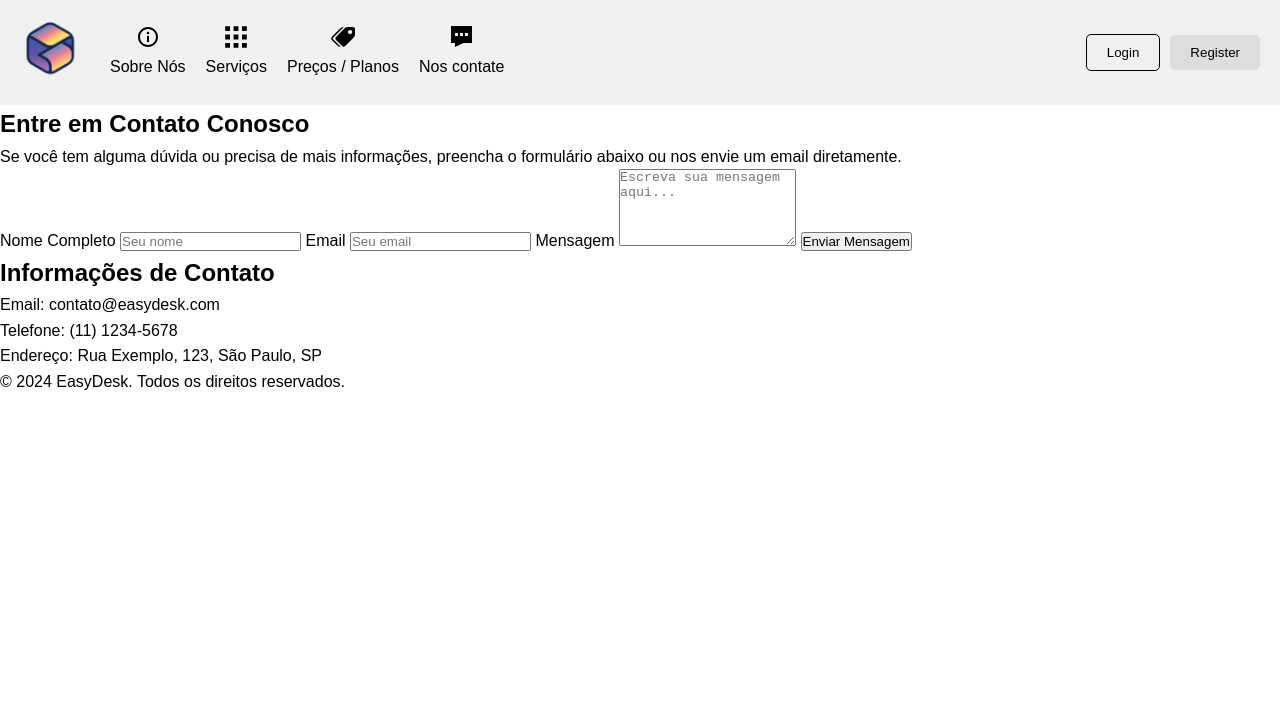
Repository: Gabrielb0rn/0EasyDesk.io
Page: 0Easydesk1/contactus.html
These files come from the project's save history. The page is drawn as it stood at one moment and after the next save; the edit follows.
The browser window is 1280 px wide. The pictures show the whole page.

Above is the page before, as saved 2024-09-16 09:59:15.

After the next save:
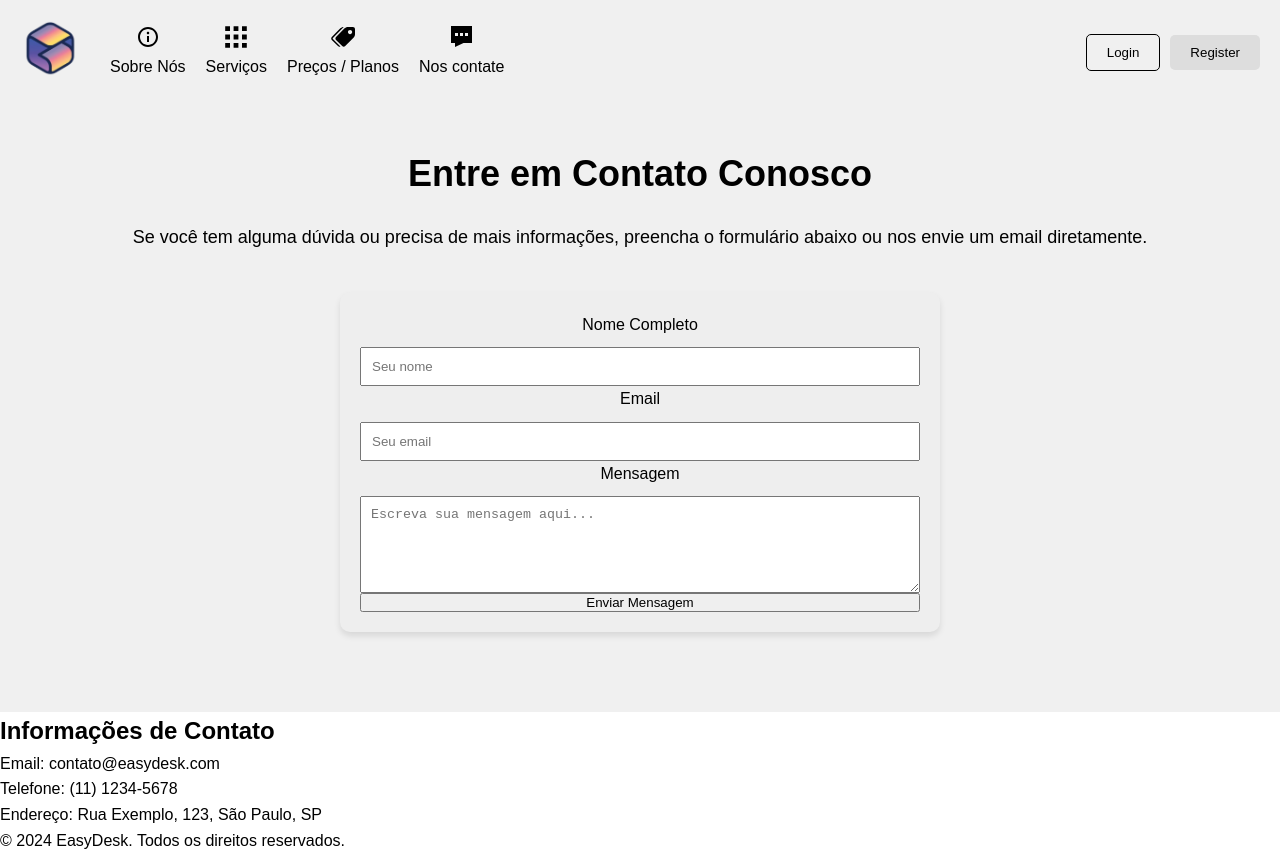
Saved 13 s later.
--- a/0Easydesk1/assets/style.css
+++ b/0Easydesk1/assets/style.css
@@ -442,3 +442,47 @@ body.dark-theme .theme-toggle img {
         width: 90%;
     }
 }
+
+/* Seção de Contato */
+.contact-us-section {
+    text-align: center;
+    padding: 40px 20px;
+    background-color: var(--header-bg);
+}
+
+.contact-us-section h1 {
+    font-size: 36px;
+    margin-bottom: 20px;
+}
+
+.contact-us-section p {
+    font-size: 18px;
+    margin-bottom: 40px;
+}
+
+.contact-form-container {
+    display: flex;
+    justify-content: center;
+    margin-bottom: 40px;
+}
+
+form {
+    display: flex;
+    flex-direction: column;
+    width: 100%;
+    max-width: 600px;
+    background-color: var(--card-bg);
+    padding: 20px;
+    border-radius: 10px;
+    box-shadow: 0px 4px 6px rgba(0, 0, 0, 0.1);
+}
+
+form label {
+    font-size: 16px;
+    margin-bottom: 10px;
+    color: var(--text-color);
+}
+
+form input, form textarea {
+    padding: 10px;
+    margin-bottom:

After the save that followed:
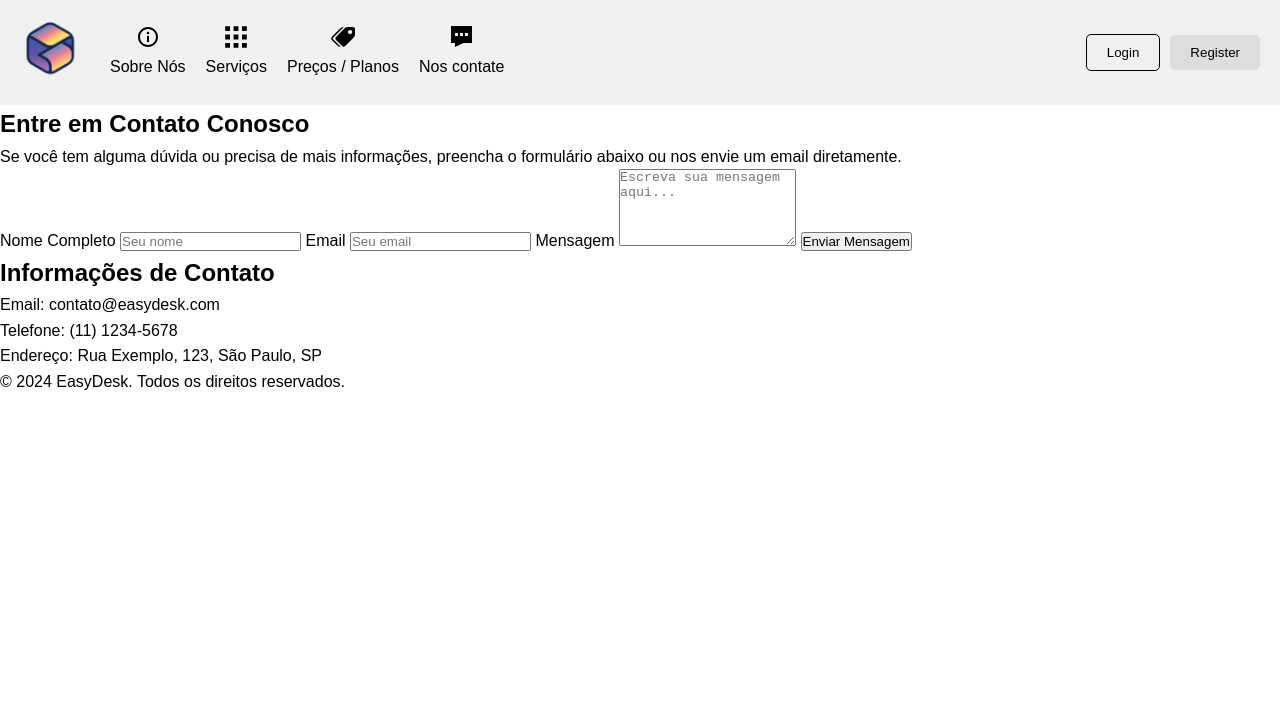
Saved 12 s later.
--- a/0Easydesk1/assets/style.css
+++ b/0Easydesk1/assets/style.css
@@ -442,47 +442,3 @@ body.dark-theme .theme-toggle img {
         width: 90%;
     }
 }
-
-/* Seção de Contato */
-.contact-us-section {
-    text-align: center;
-    padding: 40px 20px;
-    background-color: var(--header-bg);
-}
-
-.contact-us-section h1 {
-    font-size: 36px;
-    margin-bottom: 20px;
-}
-
-.contact-us-section p {
-    font-size: 18px;
-    margin-bottom: 40px;
-}
-
-.contact-form-container {
-    display: flex;
-    justify-content: center;
-    margin-bottom: 40px;
-}
-
-form {
-    display: flex;
-    flex-direction: column;
-    width: 100%;
-    max-width: 600px;
-    background-color: var(--card-bg);
-    padding: 20px;
-    border-radius: 10px;
-    box-shadow: 0px 4px 6px rgba(0, 0, 0, 0.1);
-}
-
-form label {
-    font-size: 16px;
-    margin-bottom: 10px;
-    color: var(--text-color);
-}
-
-form input, form textarea {
-    padding: 10px;
-    margin-bottom:
